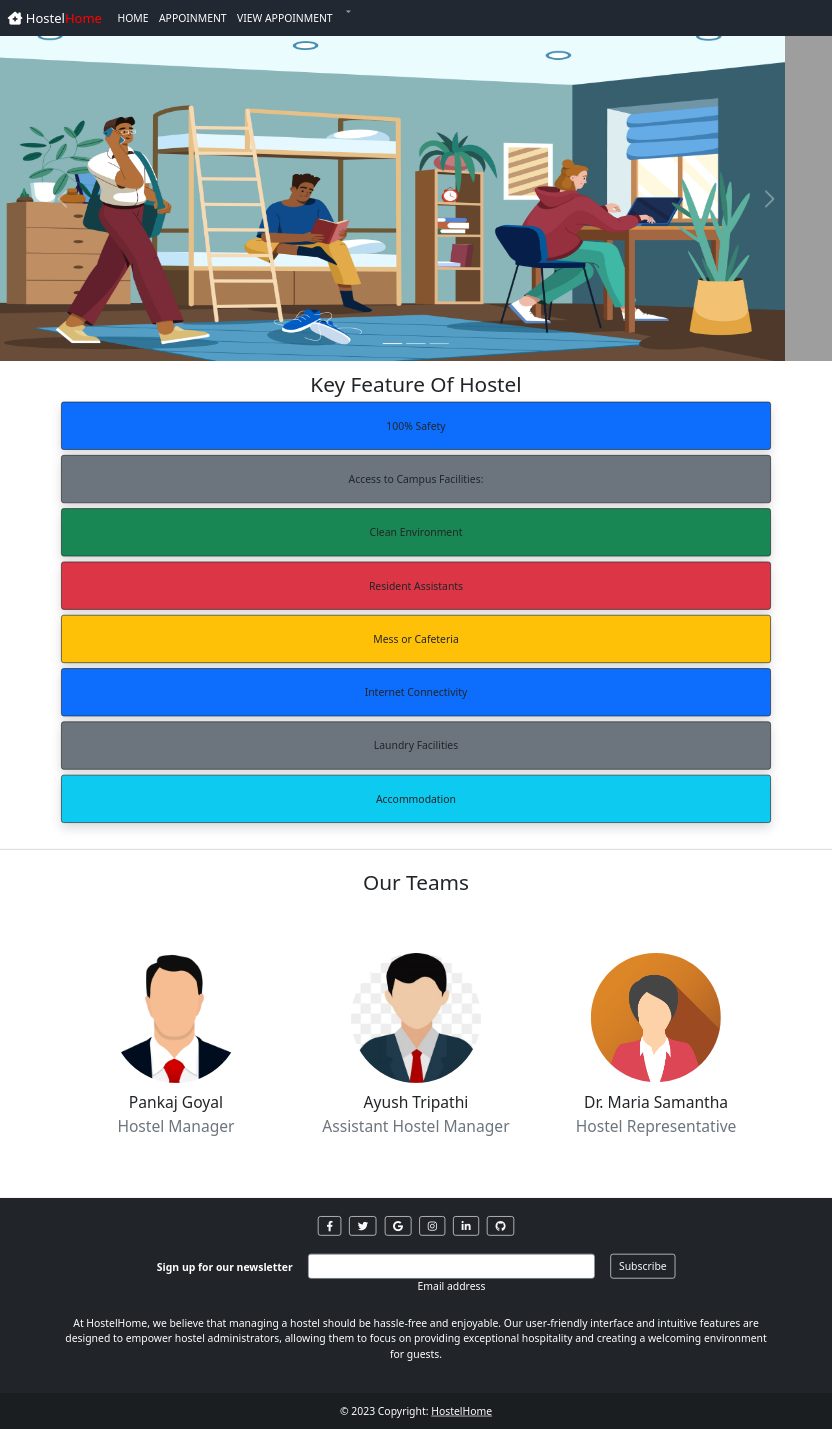
Repository: SparshGarg1/Hostel_Managment_System
Page: http://localhost/Hostel/studentportal.jsp
An editor plug-in stored every save of this project. The page is shown before and after the next save, followed by the edit.
The browser window is 1280 px wide. The pictures show the whole page, at 65% of full size.
Pictures or frames that could not be fetched are drawn as grey boxes. Some icons come from a web library that is not loaded, so they are not drawn. Some web libraries are served in a nearby version. The page is served by Tomcat 9. Queries for data that is not in the repository find no rows.

Above is the page before, as saved 2023-06-18 02:22:11.

After the next save:
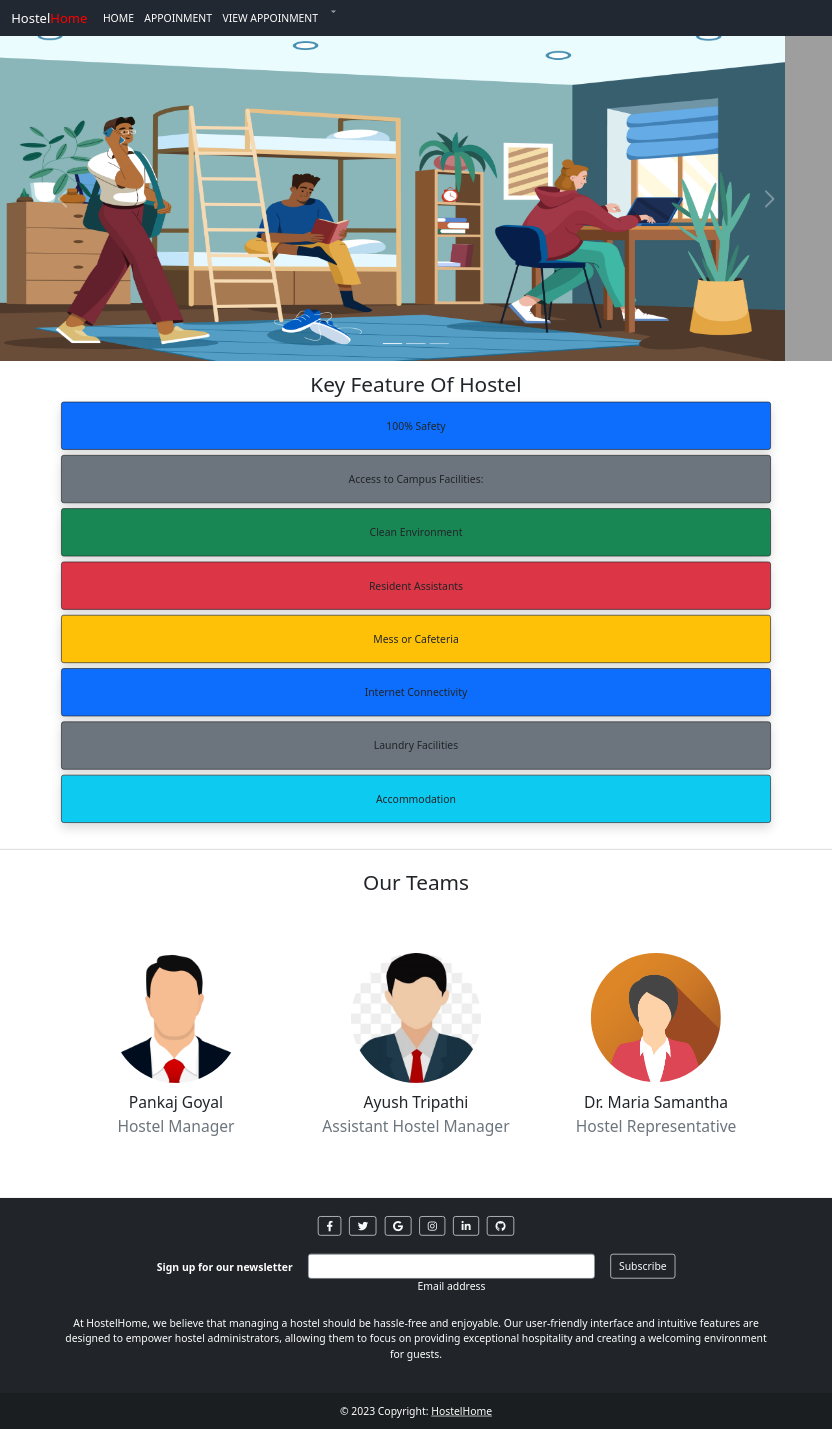
Saved 13 s later.
--- a/Hostel/WebContent/studentportal.jsp
+++ b/Hostel/WebContent/studentportal.jsp
@@ -29,7 +29,7 @@
 <!-- Navbar -->
 <nav class="navbar navbar-expand-lg navbar-dark" style="background-color:#222831;">
   <div class="container-fluid">
-    <a class="navbar-brand" href="userportal.jsp"><i class="fas fa-clinic-medical"></i> Hostel<span style="color:red;">Home</span></a>
+    <a class="navbar-brand" href="userportal.jsp"><i class="fas fa-hostel"></i> Hostel<span style="color:red;">Home</span></a>
     <button class="navbar-toggler" type="button" data-bs-toggle="collapse" data-bs-target="#navbarSupportedContent" aria-controls="navbarSupportedContent" aria-expanded="false" aria-label="Toggle navigation">
       <span class="navbar-toggler-icon"></span>
     </button>
